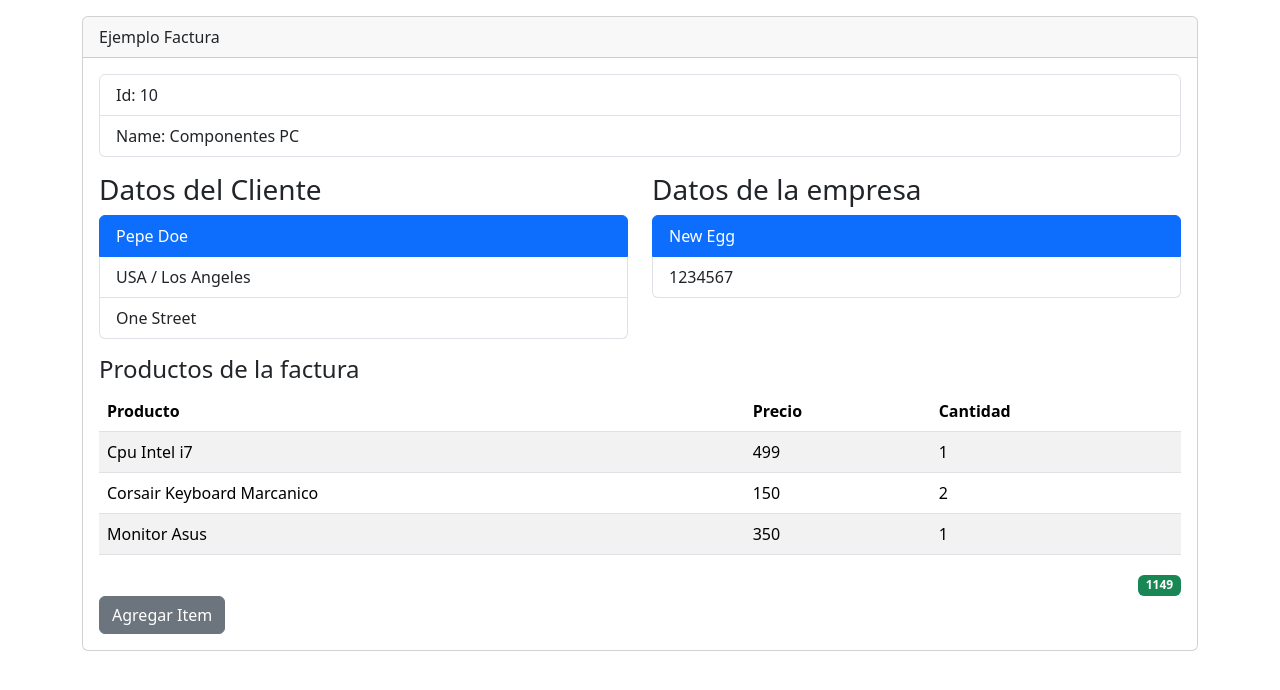
Repository: bryanesteban/4-invoice-app
Page: /
These files come from the project's save history. The page is drawn as it stood at one moment and after the next save; the edit follows.
The browser window is 1280 px wide. The pictures show the whole page.
The project was rebuilt for these pictures with package versions that can differ from the ones it lists, and the page was loaded fresh each time. Also part of the build but not shown: vite.config.js, src/components/FormItemsView.jsx.

Above is the page before, as saved 2023-11-27 05:00:50.

After the next save:
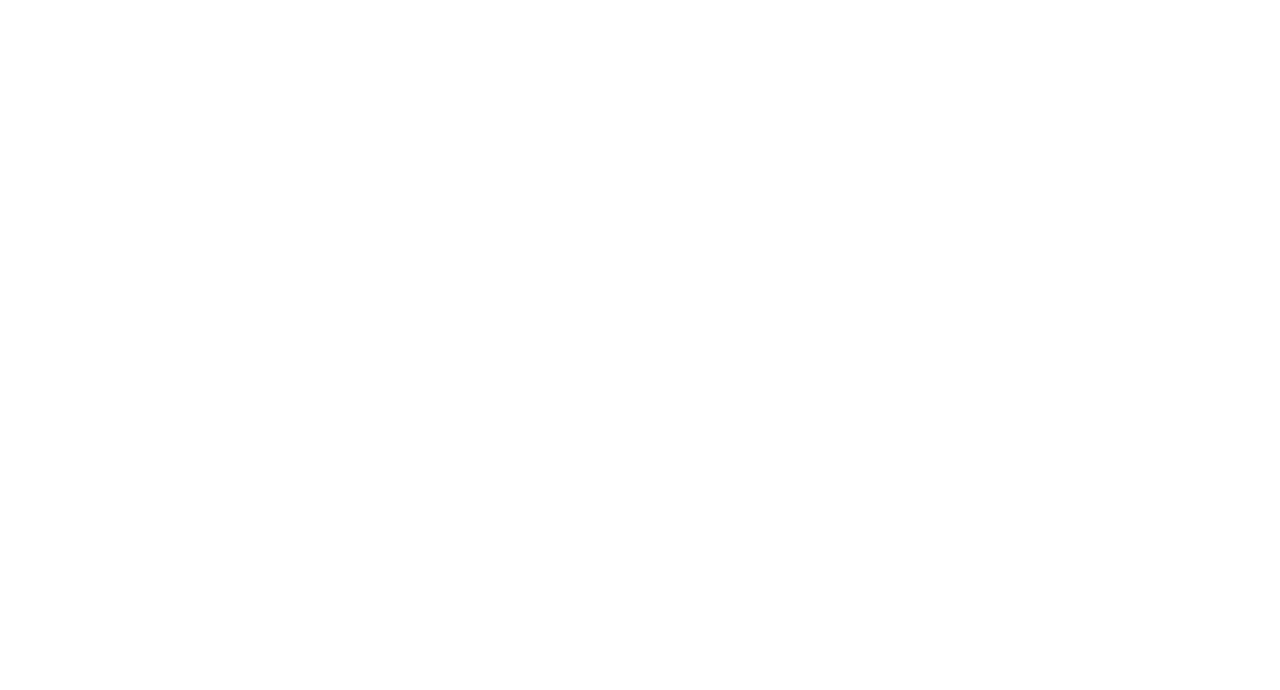
Console error: ReferenceError: onActiveForm is not defined
Saved 56 s later.
--- a/src/InvoiceApp.jsx
+++ b/src/InvoiceApp.jsx
@@ -102,7 +102,8 @@ export const InvoiceApp = () =>{
                     </div>
                     <ListItemsView title="Productos de la factura" items={items} />
                     <TotalView total={total}></TotalView>
-                    <button className="btn btn-secondary">{ 'Agregar Item' }</button>
+                    <button className="btn btn-secondary"
+                    onClick={ onActiveForm }>{ 'Agregar Item' }</button>
                     { !activeForm ? '':  <FormItemsView handler={ handlerAddItems } /> }
 
                 </div>

After the save that followed:
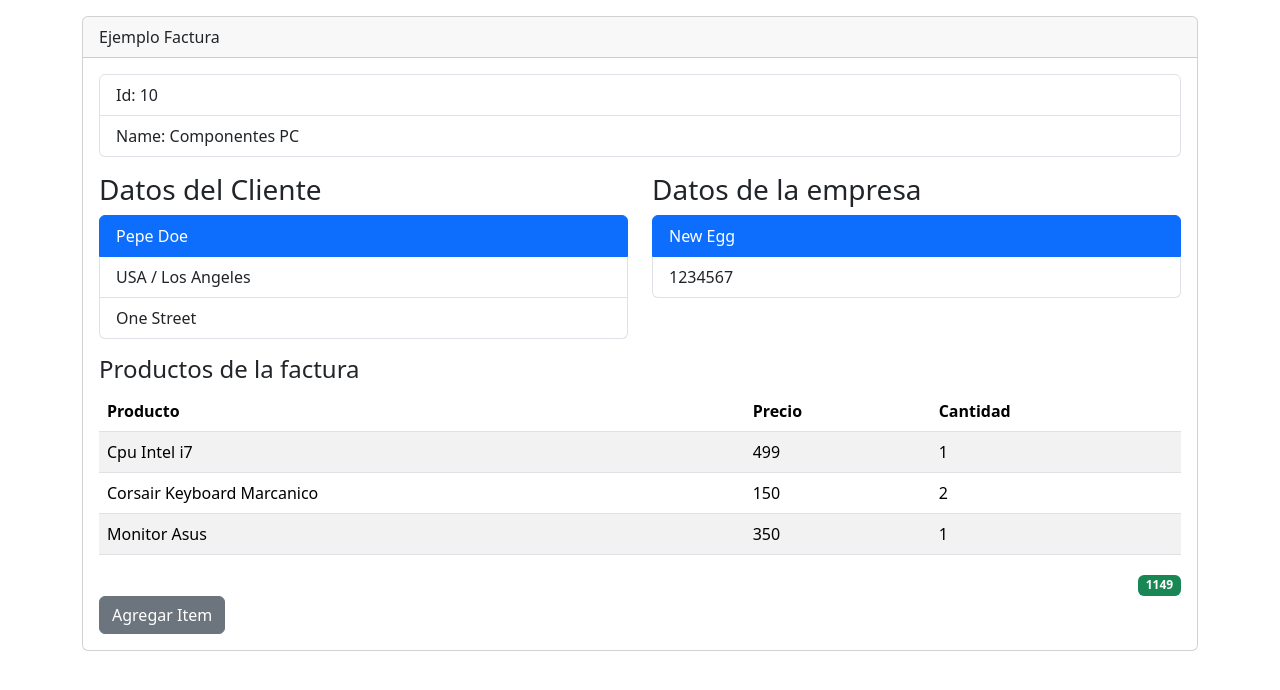
The error is gone.
Saved 42 s later.
--- a/src/InvoiceApp.jsx
+++ b/src/InvoiceApp.jsx
@@ -79,6 +79,10 @@ export const InvoiceApp = () =>{
         setCounter(counter + 1);
     }
 
+    const onActiveForm = () =>{
+        setActiveForm(!activeForm);
+    };
+
     return(
        <>
         <div className="container">
